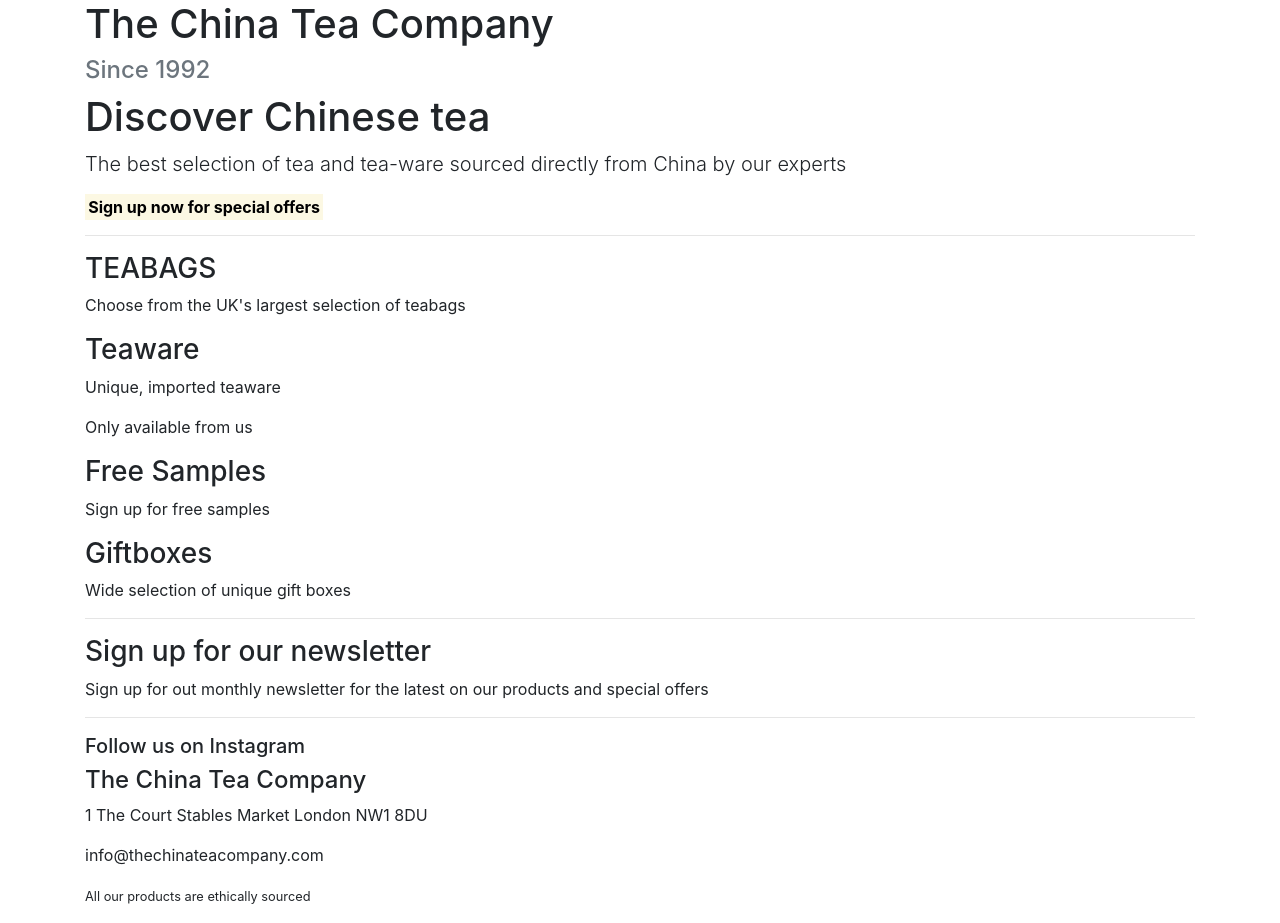
Repository: Code-Institute-Submissions/china-tea
Page: index.html
The author's editor kept a record of every edit. The page is drawn from the files as they stood at one moment, then again after the next edit.
The browser window is 1280 px wide. The pictures show the whole page.

Above is the page before.

### index.html
<!DOCTYPE html>
<html lang="en">

<head>
    <meta charset="UTF-8">
    <meta name="viewport" content="width=device-width, initial-scale=1.0">
    <meta http-equiv="X-UA-Compatible" content="ie=edge">
    <link rel="stylesheet" href="https://stackpath.bootstrapcdn.com/bootstrap/4.3.1/css/bootstrap.min.css" integrity="sha384-ggOyR0iXCbMQv3Xipma34MD+dH/1fQ784/j6cY/iJTQUOhcWr7x9JvoRxT2MZw1T" crossorigin="anonymous">
    <link rel="stylesheet" href="style.css" type="text/css" />
    <title>China Tea Company | Buy specially imported tea, tea-ware and gift boxes</title>
</head>

<body>

    <article class="container">

        <!----Callout-----!>

        <section class="callout">
        <h1>The China Tea Company</h1>
        <h4 class="text-muted">Since 1992</h4>

        <h1>Discover Chinese tea</h1>

         <p class="lead">The best selection of tea and tea-ware sourced directly from China by our experts</p>
        <p><strong><mark>Sign up now for special offers</strong></mark></p>


        </section>

        <hr>

        <!----/.Callout-----!>

        <!-----Purchase------!>

         <section class="purchases">
         <div class="purchases">
         <h3 class="text-uppercase">Teabags</h3>
         <p>Choose from the UK's largest selection of teabags</p>
         </div>

         <div class="loosetea">
         <h3 class="text-uppercase>Loose Tea</h3>
         <p>From every region of China for every taste</p>
         </div>

         <div class="teaware">
         <h3>Teaware</h3>
         <p>Unique, imported teaware</p>
         <p>Only available from us</p>
         </div>

         <div class="freesamples">
         <h3>Free Samples</h3>
         <p>Sign up for free samples</p>
         </div>

         <div class="giftboxes">
         <h3>Giftboxes</h3>
         <p>Wide selection of unique gift boxes</p>
         </div>


         </section>

         <hr>

        <!-----/.purchase-------!>

        <!------newsletter jumbotron-----!>

        <section class="newsletter">

        <h3>Sign up for our newsletter</h3>
        <p>Sign up for out monthly newsletter for the latest on our products and special offers</p>



        </section>

          <!-------/.newsletter jumbotron-----!>

          <!------Instagram and address------!>
          <hr>
          <section class="instagram">
          <h5>Follow us on Instagram</h5>

          <h4>The China Tea Company</h4>
          <p>1 The Court Stables Market London NW1 8DU</p>
          <p>info@thechinateacompany.com</p>

          </section>

        <!--------/.Instagram and address-----!>

        <!-------footer-----!>

        <p><small>All our products are ethically sourced</small></p>




    </article>


</body>

</html>

### style.css
.navDefault {
    position: fixed;
    top: 0;
    left: 0;
    right: 0;
    background-color: gray;
}

button {
    border: none;
    background-color: yellow;
    width: 150px;
    height: 50px;
    color: white;
    text-transform: uppercase;
    cursor: pointer;

}

After the next edit:
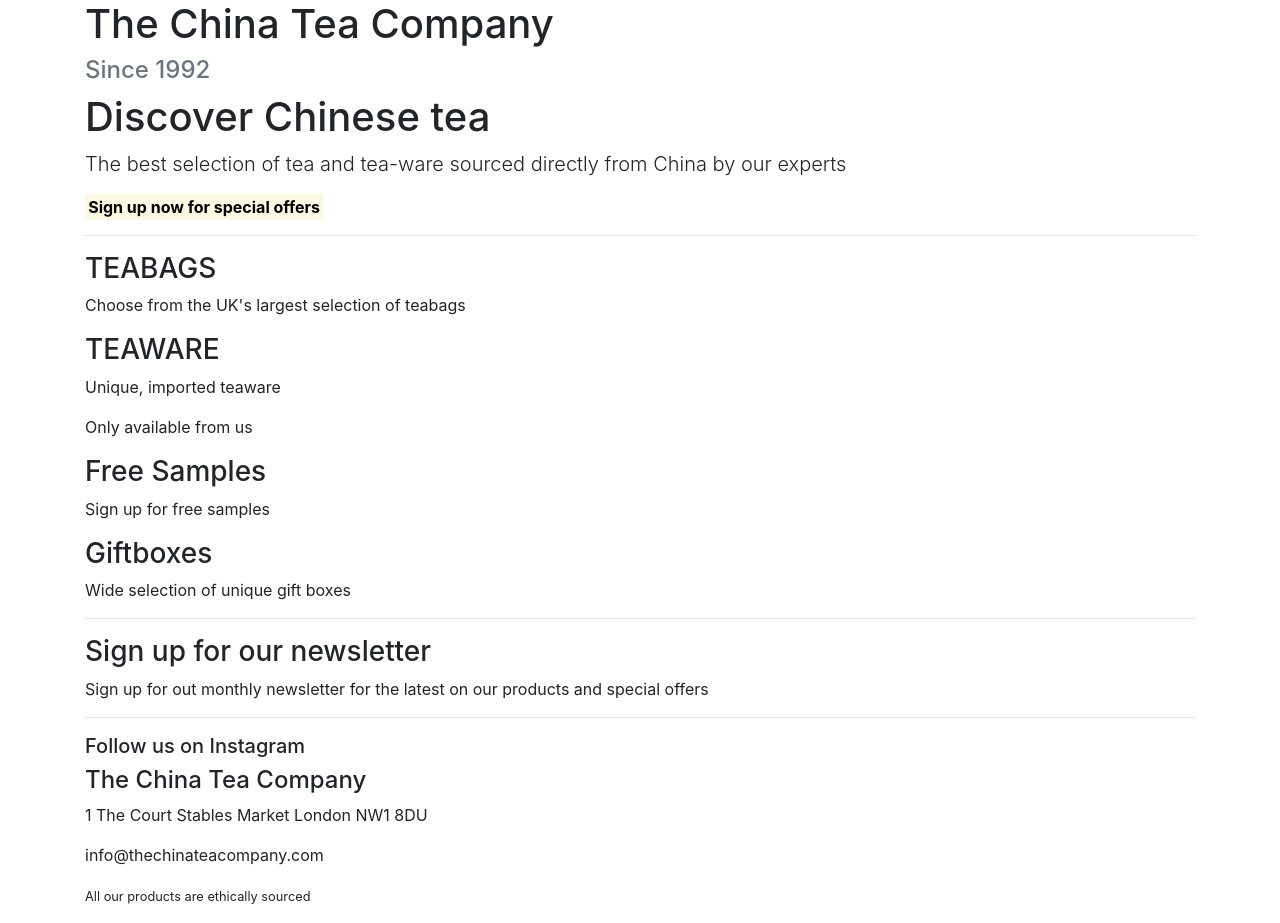
The edit:
--- a/index.html
+++ b/index.html
@@ -46,7 +46,7 @@
          </div>
 
          <div class="teaware">
-         <h3>Teaware</h3>
+         <h3 class="text-uppercase">Teaware</h3>
          <p>Unique, imported teaware</p>
          <p>Only available from us</p>
          </div>
